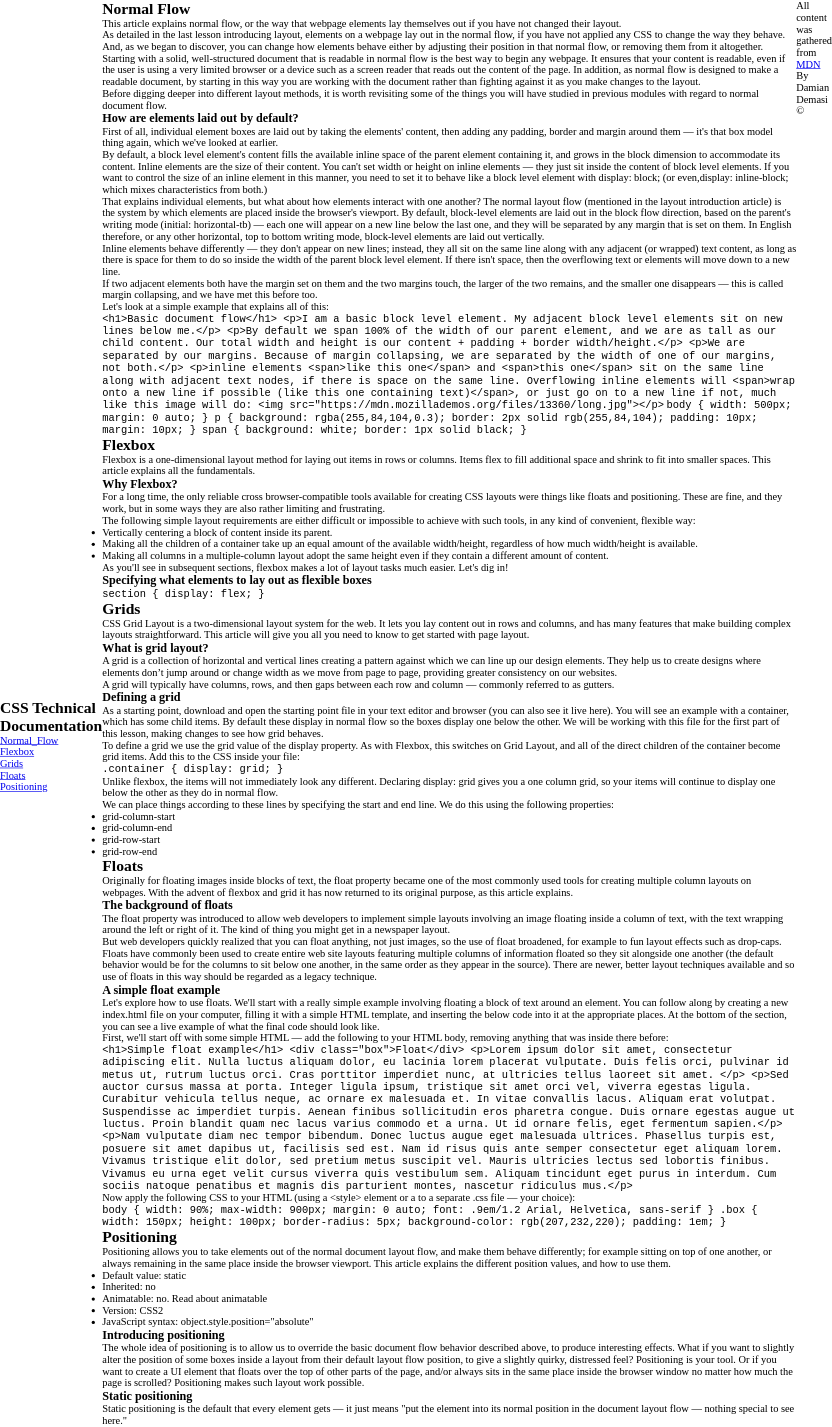
Repository: Colo-Codes/freecodecamp-04-Technical-Documentation-Page
Page: index.html
The author's editor kept a copy of each file at every save. The page is drawn from the files as they stood at one save, then again after the next save.
The browser window is 1280 px wide. The pictures show the whole page, at 65% of full size.

Above is the page before, as saved 2021-05-21 11:28:49.

### index.html
<!DOCTYPE html>
<html lang="en">

<head>
    <meta charset="UTF-8">
    <meta http-equiv="X-UA-Compatible" content="IE=edge">
    <meta name="viewport" content="width=device-width, initial-scale=1.0">
    <link rel="stylesheet" href="./resources/css/index.css" type="text/css">
    <title>Technical Documentation Page</title>
</head>

<body>
    <header id="navbar-block">
        <nav id="navbar">
            <!-- On the left of screen, fixed (visible) -->
            <header>
                <h1>CSS Technical Documentation</h1>
            </header>
            <ul>
                <li><a href="#Normal_Flow" class="nav-link">Normal_Flow</a></li>
                <li><a href="#Flexbox" class="nav-link">Flexbox</a></li>
                <li><a href="#Grids" class="nav-link">Grids</a></li>
                <li><a href="#Floats" class="nav-link">Floats</a></li>
                <li><a href="#Positioning" class="nav-link">Positioning</a></li>
            </ul>
        </nav>
    </header>
    <main id="main-doc">
        <section class="main-section" id="Normal_Flow">
            <header>
                <h2>Normal Flow</h2>
            </header>
            <p>This article explains normal flow, or the way that webpage elements lay themselves out if you have not
                changed their
                layout.</p>
            <p>As detailed in the last lesson introducing layout, elements on a webpage lay out in the normal flow, if
                you have not
                applied any CSS to change the way they behave. And, as we began to discover, you can change how elements
                behave
                either by adjusting their position in that normal flow, or removing them from it altogether. Starting
                with a solid,
                well-structured document that is readable in normal flow is the best way to begin any webpage. It
                ensures that your
                content is readable, even if the user is using a very limited browser or a device such as a screen
                reader that reads
                out the content of the page. In addition, as normal flow is designed to make a readable document, by
                starting in
                this way you are working with the document rather than fighting against it as you make changes to the
                layout.</p>
            <p>Before digging deeper into different layout methods, it is worth revisiting some of the things you will
                have studied
                in previous modules with regard to normal document flow.</p>
            <h3>How are elements laid out by default?</h3>
            <p>First of all, individual element boxes are laid out by taking the elements' content, then adding any
                padding, border
                and margin around them — it's that box model thing again, which we've looked at earlier.
            </p>
            <p>By default, a block level element's content fills the available inline space of the parent element
                containing it,
                and grows in the block dimension to accommodate its content. Inline elements are the size of their
                content. You
                can't set width or height on inline elements — they just sit inside the content of block level elements.
                If you want
                to control the size of an inline element in this manner, you need to set it to behave like a block level
                element
                with display: block; (or even,display: inline-block; which mixes characteristics from both.)
            </p>
            <p>That explains individual elements, but what about how elements interact with one another? The normal
                layout flow
                (mentioned in the layout introduction article) is the system by which elements are placed inside the
                browser's
                viewport. By default, block-level elements are laid out in the block flow direction, based on the
                parent's writing
                mode (initial: horizontal-tb) — each one will appear on a new line below the last one, and they will be
                separated by
                any margin that is set on them. In English therefore, or any other horizontal, top to bottom writing
                mode,
                block-level elements are laid out vertically.
            </p>
            <p>Inline elements behave differently — they don't appear on new lines; instead, they all sit on the same
                line along
                with any adjacent (or wrapped) text content, as long as there is space for them to do so inside the
                width of the
                parent block level element. If there isn't space, then the overflowing text or elements will move down
                to a new
                line.
            </p>
            <p>If two adjacent elements both have the margin set on them and the two margins touch, the larger of the
                two remains,
                and the smaller one disappears — this is called margin collapsing, and we have met this before too.</p>
            <p>Let's look at a simple example that explains all of this:</p>
            <code>&lt;h1&gt;Basic document flow&lt;/h1&gt;

                &lt;p&gt;I am a basic block level element. My adjacent block level elements sit on new lines below me.&lt;/p&gt;

                &lt;p&gt;By default we span 100% of the width of our parent element, and we are as tall as our child content. Our total width and height is our content + padding + border width/height.&lt;/p&gt;

                &lt;p&gt;We are separated by our margins. Because of margin collapsing, we are separated by the width of one of our margins, not both.&lt;/p&gt;

                &lt;p&gt;inline elements &lt;span&gt;like this one&lt;/span&gt; and &lt;span&gt;this one&lt;/span&gt; sit on the same line along with adjacent text nodes, if there is space on the same line. Overflowing inline elements will &lt;span&gt;wrap onto a new line if possible (like this one containing text)&lt;/span&gt;, or just go on to a new line if not, much like this image will do: &lt;img src="https://mdn.mozillademos.org/files/13360/long.jpg"&gt;&lt;/p&gt;</code>
            <code>body {
                width: 500px;
                margin: 0 auto;
              }

              p {
                background: rgba(255,84,104,0.3);
                border: 2px solid rgb(255,84,104);
                padding: 10px;
                margin: 10px;
              }

              span {
                background: white;
                border: 1px solid black;
              }</code>


        </section>

        <section class="main-section" id="Flexbox">
            <header>
                <h2>Flexbox</h2>
            </header>
            <p>Flexbox is a one-dimensional layout method for laying out items in rows or columns. Items flex to fill
                additional space and shrink to fit into smaller spaces. This article explains all the fundamentals.</p>
            <h3>Why Flexbox?</h3>
            <p>For a long time, the only reliable cross browser-compatible tools available for creating CSS layouts were
                things like floats and positioning. These are fine, and they work, but in some ways they are also rather
                limiting and frustrating.</p>
            <p>The following simple layout requirements are either difficult or impossible to achieve with such tools,
                in any kind of convenient, flexible way:</p>
            <ul>
                <li>Vertically centering a block of content inside its parent.</li>
                <li>Making all the children of a container take up an equal amount of the available width/height,
                    regardless of how much width/height is available.</li>
                <li>Making all columns in a multiple-column layout adopt the same height even if they contain a
                    different amount of content.</li>
            </ul>
            <p>As you'll see in subsequent sections, flexbox makes a lot of layout tasks much easier. Let's dig in!</p>
            <h3>Specifying what elements to lay out as flexible boxes</h3>
            <code>section {
                display: flex;
              }</code>


        </section>

        <section class="main-section" id="Grids">
            <header>
                <h2>Grids</h2>
            </header>
            <p>CSS Grid Layout is a two-dimensional layout system for the web. It lets you lay content out in rows and
                columns, and has many features that make building complex layouts straightforward. This article will
                give you all you need to know to get started with page layout.</p>
            <h3>What is grid layout?</h3>
            <p>A grid is a collection of horizontal and vertical lines creating a pattern against which we can line up
                our design elements. They help us to create designs where elements don’t jump around or change width as
                we move from page to page, providing greater consistency on our websites.</p>
            <p>A grid will typically have columns, rows, and then gaps between each row and column — commonly referred
                to as gutters.</p>
            <h3>Defining a grid</h3>
            <p>As a starting point, download and open the starting point file in your text editor and browser (you can
                also see it live here). You will see an example with a container, which has some child items. By default
                these display in normal flow so the boxes display one below the other. We will be working with this file
                for the first part of this lesson, making changes to see how grid behaves.</p>
            <p>To define a grid we use the grid value of the display property. As with Flexbox, this switches on Grid
                Layout, and all of the direct children of the container become grid items. Add this to the CSS inside
                your file:</p>
            <code>.container {
                display: grid;
            }</code>
            <p>Unlike flexbox, the items will not immediately look any different. Declaring display: grid gives you a
                one column grid, so your items will continue to display one below the other as they do in normal flow.
            </p>
            <p>We can place things according to these lines by specifying the start and end line. We do this using the
                following properties:</p>
            <ul>
                <li>grid-column-start</li>
                <li>grid-column-end</li>
                <li>grid-row-start</li>
                <li>grid-row-end</li>
            </ul>

        </section>

        <section class="main-section" id="Floats">
            <header>
                <h2>Floats</h2>
            </header>
            <p>Originally for floating images inside blocks of text, the float property became one of the most commonly
                used tools for creating multiple column layouts on webpages. With the advent of flexbox and grid it has
                now returned to its original purpose, as this article explains.</p>
            <h3>The background of floats</h3>
            <p>The float property was introduced to allow web developers to implement simple layouts involving an image
                floating inside a column of text, with the text wrapping around the left or right of it. The kind of
                thing you might get in a newspaper layout.</p>
            <p>But web developers quickly realized that you can float anything, not just images, so the use of float
                broadened, for example to fun layout effects such as drop-caps.</p>
            <p>Floats have commonly been used to create entire web site layouts featuring multiple columns of
                information floated so they sit alongside one another (the default behavior would be for the columns to
                sit below one another, in the same order as they appear in the source). There are newer, better layout
                techniques available and so use of floats in this way should be regarded as a legacy technique.</p>
            <h3>A simple float example</h3>
            <p>Let's explore how to use floats. We'll start with a really simple example involving floating a block of
                text around an element. You can follow along by creating a new index.html file on your computer, filling
                it with a simple HTML template, and inserting the below code into it at the appropriate places. At the
                bottom of the section, you can see a live example of what the final code should look like.</p>
            <p>First, we'll start off with some simple HTML — add the following to your HTML body, removing anything
                that was inside there before:</p>
            <code>&lt;h1&gt;Simple float example&lt;/h1&gt;

                &lt;div class="box"&gt;Float&lt;/div&gt;

                &lt;p&gt;Lorem ipsum dolor sit amet, consectetur adipiscing elit. Nulla luctus aliquam dolor, eu lacinia lorem placerat vulputate. Duis felis orci, pulvinar id metus ut, rutrum luctus orci. Cras porttitor imperdiet nunc, at ultricies tellus laoreet sit amet. &lt;/p&gt;

                &lt;p&gt;Sed auctor cursus massa at porta. Integer ligula ipsum, tristique sit amet orci vel, viverra egestas ligula. Curabitur vehicula tellus neque, ac ornare ex malesuada et. In vitae convallis lacus. Aliquam erat volutpat. Suspendisse ac imperdiet turpis. Aenean finibus sollicitudin eros pharetra congue. Duis ornare egestas augue ut luctus. Proin blandit quam nec lacus varius commodo et a urna. Ut id ornare felis, eget fermentum sapien.&lt;/p&gt;

                &lt;p&gt;Nam vulputate diam nec tempor bibendum. Donec luctus augue eget malesuada ultrices. Phasellus turpis est, posuere sit amet dapibus ut, facilisis sed est. Nam id risus quis ante semper consectetur eget aliquam lorem. Vivamus tristique elit dolor, sed pretium metus suscipit vel. Mauris ultricies lectus sed lobortis finibus. Vivamus eu urna eget velit cursus viverra quis vestibulum sem. Aliquam tincidunt eget purus in interdum. Cum sociis natoque penatibus et magnis dis parturient montes, nascetur ridiculus mus.&lt;/p&gt;
            </code>
            <p>Now apply the following CSS to your HTML (using a &lt;style&gt; element or a
                <link> to a separate .css file — your choice):
            </p>
            <code>
                body {
                    width: 90%;
                    max-width: 900px;
                    margin: 0 auto;
                    font: .9em/1.2 Arial, Helvetica, sans-serif
                  }

                  .box {
                    width: 150px;
                    height: 100px;
                    border-radius: 5px;
                    background-color: rgb(207,232,220);
                    padding: 1em;
                  }
                </code>

        </section>

        <section class="main-section" id="Positioning">
            <header>
                <h2>Positioning</h2>
            </header>
            <p>Positioning allows you to take elements out of the normal document layout flow, and make them behave
                differently; for example sitting on top of one another, or always remaining in the same place inside the
                browser viewport. This article explains the different position values, and how to use them.</p>
            <ul>
                <li>Default value: static</li>
                <li>Inherited: no</li>
                <li>Animatable: no. Read about animatable</li>
                <li>Version: CSS2</li>
                <li>JavaScript syntax: object.style.position="absolute"</li>
            </ul>
            <h3>Introducing positioning</h3>
            <p>The whole idea of positioning is to allow us to override the basic document flow behavior described
                above, to produce interesting effects. What if you want to slightly alter the position of some boxes
                inside a layout from their default layout flow position, to give a slightly quirky, distressed feel?
                Positioning is your tool. Or if you want to create a UI element that floats over the top of other parts
                of the page, and/or always sits in the same place inside the browser window no matter how much the page
                is scrolled? Positioning makes such layout work possible.</p>
            <h3>Static positioning</h3>
            <p>Static positioning is the default that every element gets — it just means "put the element into its
                normal position in the document layout flow — nothing special to see here."</p>
        </section>
    </main>
    <footer>
        <p>All content was gathered from <a href="https://developer.mozilla.org/en-US/docs/Learn/CSS/CSS_layout" target="_blank">MDN</a></p>
        By Damian Demasi &copy;
    </footer>
</body>

</html>

### resources/css/index.css
/* TODO - My Technical Documentation page should use at least one media query. */

/* Reset */
html {
    box-sizing: border-box;
    font-size: 16px;
}

*, *:before, *:after {
    box-sizing: inherit;
    margin: 0;
    padding: 0;
}

body {
    position: relative;
    display: flex;
    /* align-items: flex-start; */
}

#navbar-block {
    margin-top: 100px;
    position: sticky;
    align-self: center;
    top: 20px;
}

#Flexbox {
    position: sticky;
    top: 20px;

}

#Grids {
    position: sticky;
    top: 20px;
}

After the next save:
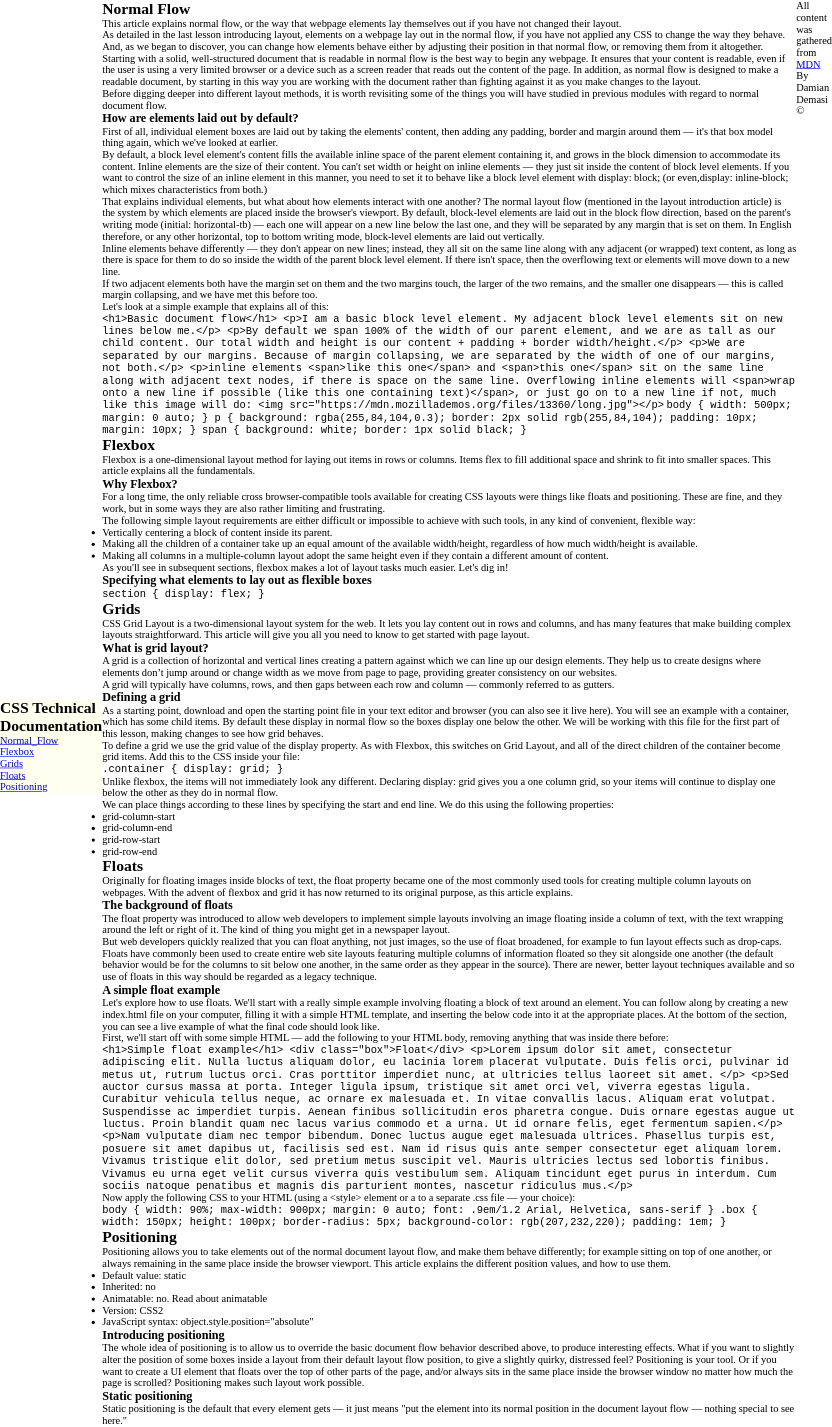
Saved 81 s later.
--- a/resources/css/index.css
+++ b/resources/css/index.css
@@ -19,10 +19,11 @@
 }
 
 #navbar-block {
+    align-self: center;
     margin-top: 100px;
     position: sticky;
-    align-self: center;
     top: 20px;
+    background-color: ivory;
 }
 
 #Flexbox {

After the save that followed:
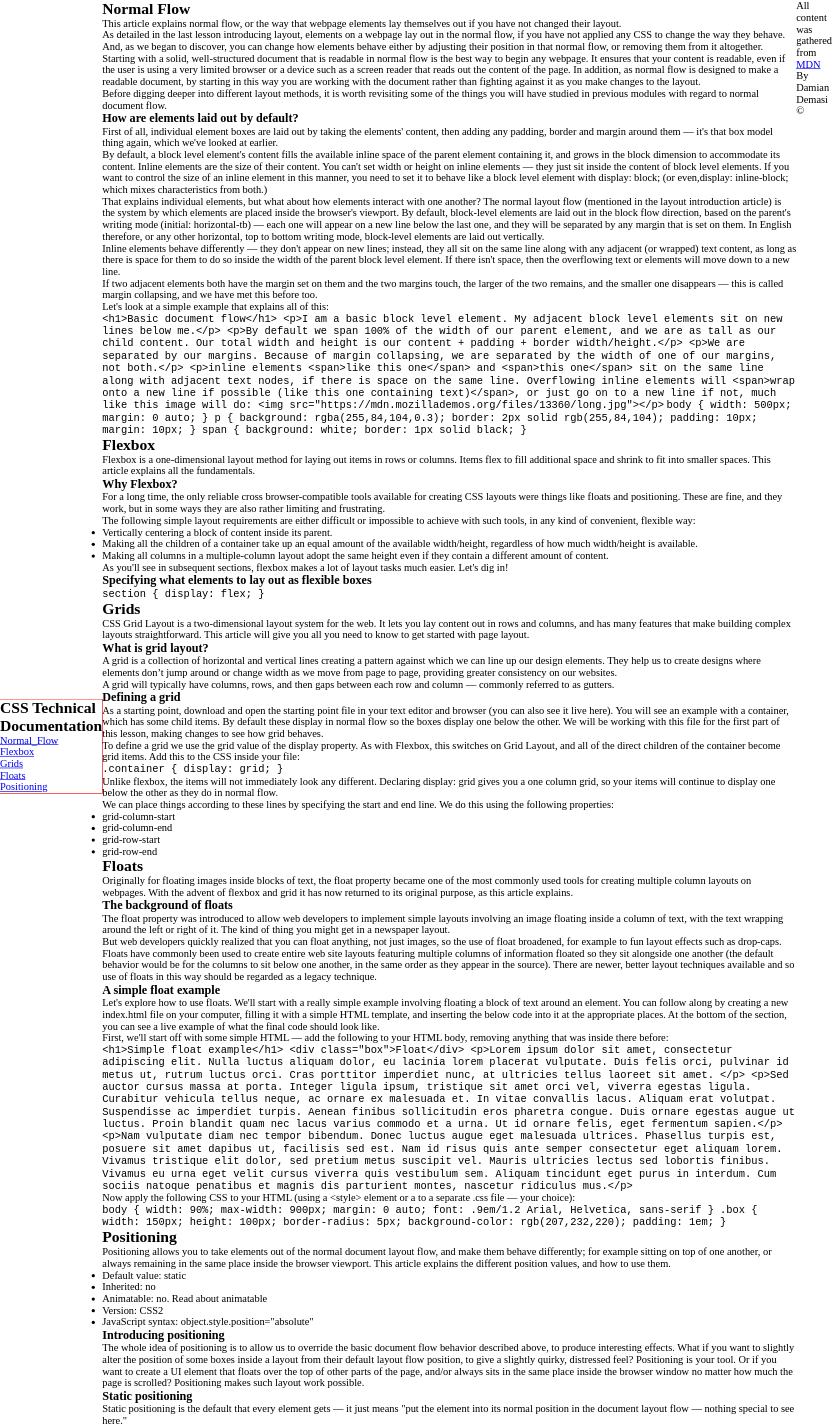
Saved 17 s later.
--- a/resources/css/index.css
+++ b/resources/css/index.css
@@ -23,7 +23,7 @@
     margin-top: 100px;
     position: sticky;
     top: 20px;
-    background-color: ivory;
+    outline: 1px solid red;
 }
 
 #Flexbox {
